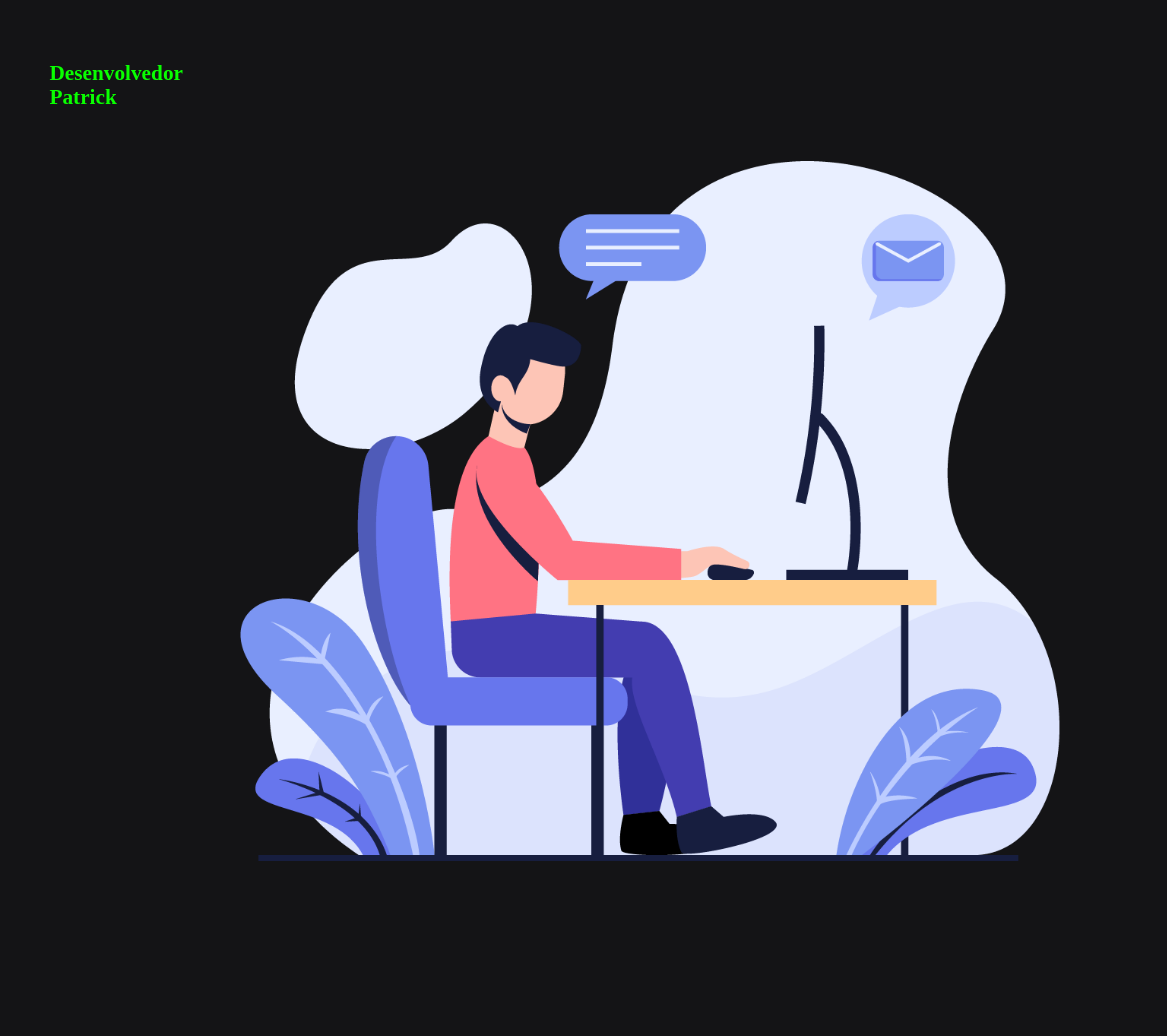
Repository: PatrickAlmeida007/aula1811
Page: index.html
The author's editor kept a copy of each file at every save. The page is drawn from the files as they stood at one save, then again after a run of saves.
The browser window is 1280 px wide. The page is 1440 px wide, then 1536 px, so the pictures cover 1536 px, including what lies to the right of the window. The pictures show the whole page, at 76% of full size.

Above is the page before, as saved 2023-11-18 14:53:40.

### index.html
<!DOCTYPE html>
<html lang="pt-br">
<head>
    <meta charset="UTF-8">
    <meta name="viewport" content="width=device-width, initial-scale=1.0">
    <title>Aula 18-11</title>
    <link rel="stylesheet" href="style.css">
</head>
<body>
    <section class="section">
        <div class="container">
            <div class="sobre">

                <div class="sobre__conteudo">
                    <h1 class="sobre__titulo sobre__titulo--verde">
                        Desenvolvedor Patrick
                    </h1>
                    </div>
                    <div class="sobre__imagem">
                        <img src="./imagens/campiuter gai.png" alt="computer-guy">
                    </div>
                </div>
            </div>
        </div>
    </section>
</body>
</html>

### style.css
/* http://meyerweb.com/eric/tools/css/reset/
   v2.0 | 20110126
   License: none (public domain)
*/

html, body, div, span, applet, object, iframe,
h1, h2, h3, h4, h5, h6, p, blockquote, pre,
a, abbr, acronym, address, big, cite, code,
del, dfn, em, img, ins, kbd, q, s, samp,
small, strike, strong, sub, sup, tt, var,
b, u, i, center,
dl, dt, dd, ol, ul, li,
fieldset, form, label, legend,
table, caption, tbody, tfoot, thead, tr, th, td,
article, aside, canvas, details, embed,
figure, figcaption, footer, header, hgroup,
menu, nav, output, ruby, section, summary,
time, mark, audio, video {
	margin: 0;
	padding: 0;
	border: 0;
	font-size: 100%;
	font: inherit;
	vertical-align: baseline;
}
/* HTML5 display-role reset for older browsers */
article, aside, details, figcaption, figure,
footer, header, hgroup, menu, nav, section {
	display: block;
}
body {
	line-height: 1;
    background: rgb(20, 20, 22 )
}
ol, ul {
	list-style: none;
}
blockquote, q {
	quotes: none;
}
blockquote:before, blockquote:after,
q:before, q:after {
	content: '';
	content: none;
}
table {
	border-collapse: collapse;
	border-spacing: 0;
}

.container {
    width:100%;
    max-width: 1150px;
    margin: 0 auto;
}

.section {
    padding: 80px 0;
}

.sobre{
  display: flex;
}

.sobre__titulo{
    font-size:28px;
    line-height: normal;
    font-weight: 700;
}

.sobre__titulo--verde{
    color:rgb(9, 255, 0);
}

.sobre__imagem{
    width:100%;
    height: 100%;
    max-height:
}

After the next 3 saves:
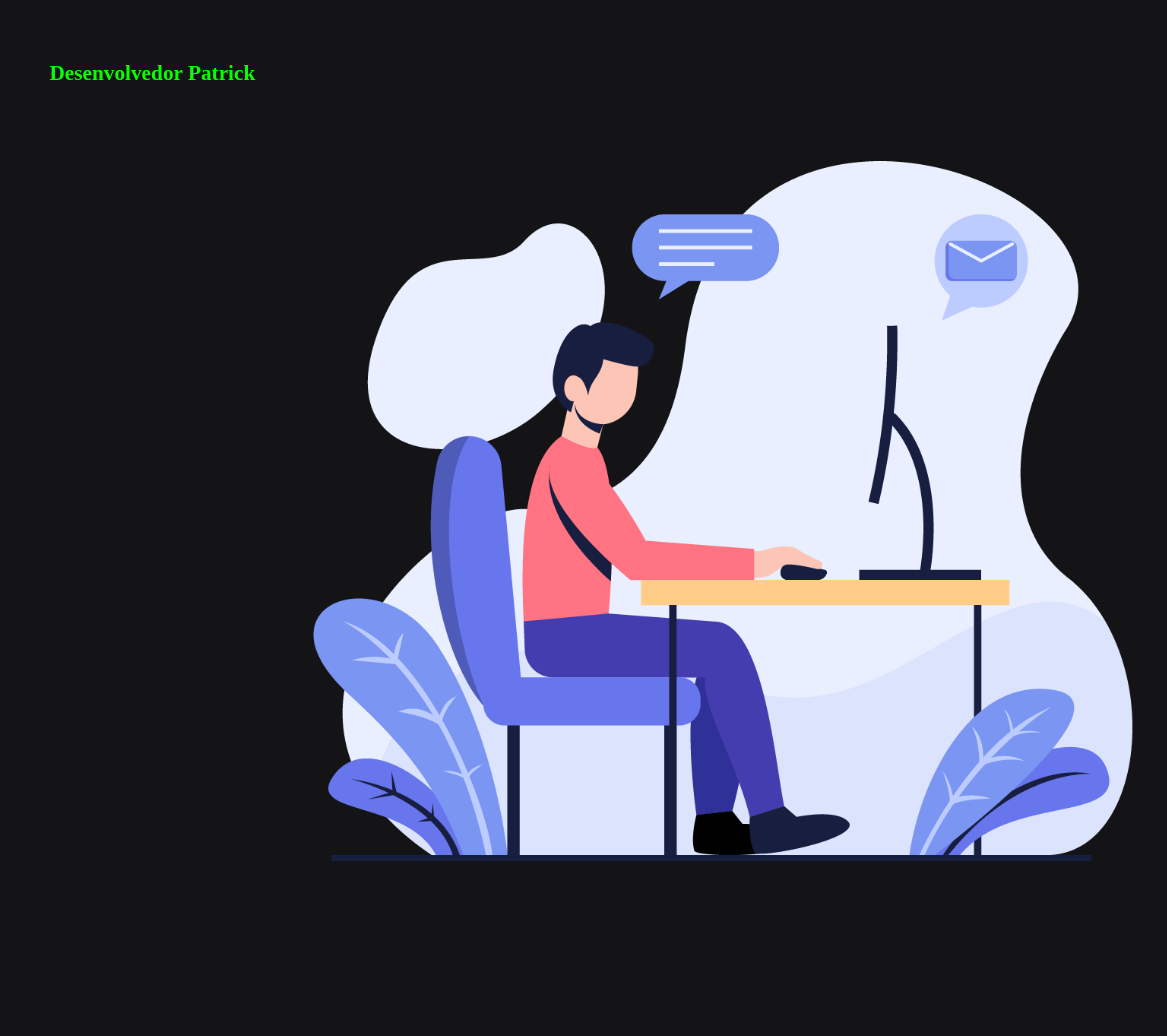
The 3 saves are shown as one change because they came seconds apart.
The last was saved 10 s later.
--- a/style.css
+++ b/style.css
@@ -75,5 +75,6 @@ table {
 .sobre__imagem{
     width:100%;
     height: 100%;
-    max-height:
+    max-width:600px;
+
 }
